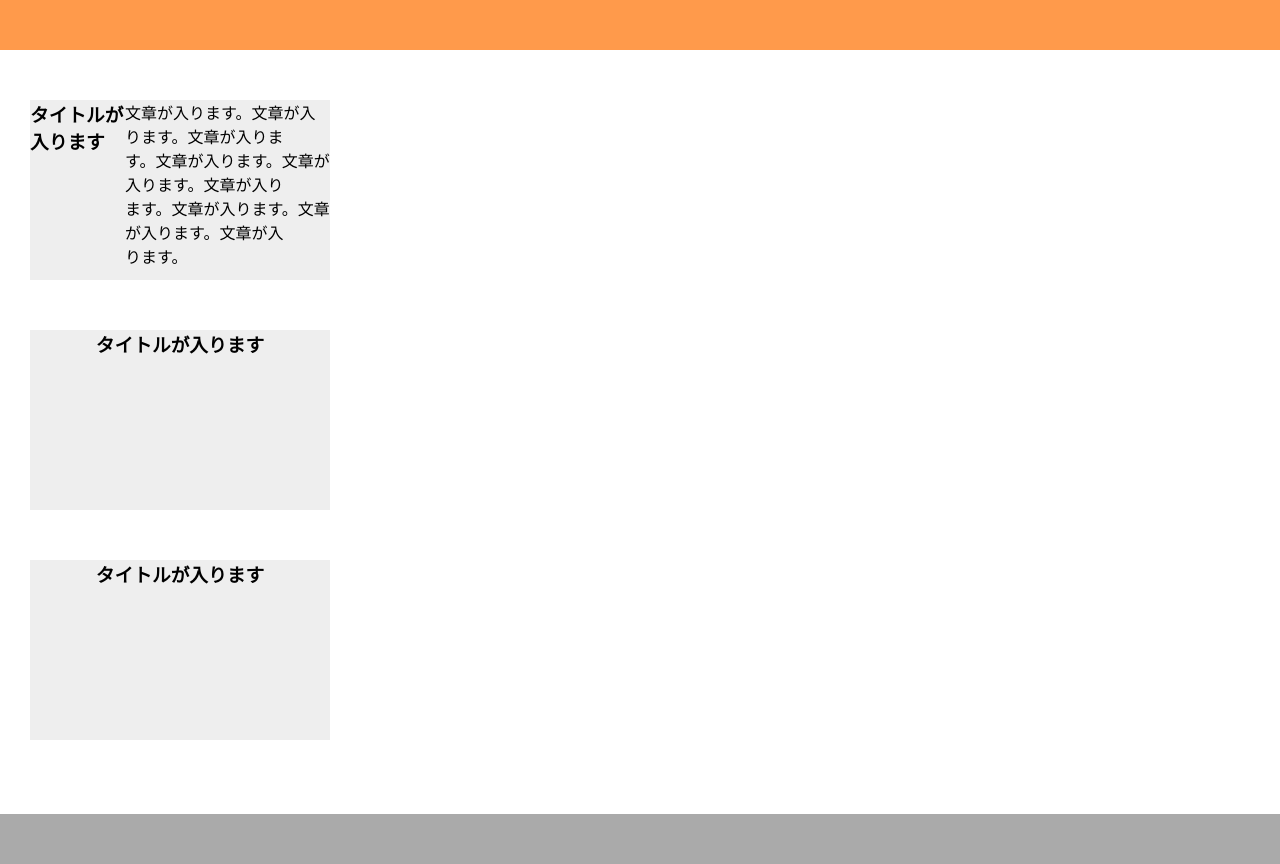
Repository: yesohnuki/shinya-ohnuki
Page: caravan/10.html
The author's editor kept a record of every edit. The page is drawn from the files as they stood at one moment, then again after the next edit.
The browser window is 1280 px wide. The pictures show the whole page.

Above is the page before.

### caravan/10.html
<!DOCTYPE html>
<html>
  <head>
    <meta charset="UTF-8" />
    <link rel="stylesheet" href="10.css" />
    <title>CARAVAN</title>
  </head>

  <body>
    <header>
      <div class="box1"></div>
    </header>

    <div class="main">
      <div class="blog">
       <h3 class="blog-text">タイトルが入ります</h3>
        <p class="main-name">
          文章が入ります。文章が入ります。文章が入りま<br />
          す。文章が入ります。文章が入ります。文章が入り<br />
          ます。文章が入ります。文章が入ります。文章が入<br />
          ります。<br />
        </p>
    </div>


       <h3 class="sidebar-left">タイトルが入ります</h3>

       <h3 class="sidebar-right">タイトルが入ります</h3>
      </section>
　　</main>

    <footer>
      <div class="box2"></div>
    </footer>
  <body>
</html>

### caravan/10.css
* {
  margin: 0;
  padding: 0;
  box-sizing: border-box;
}

.box1 {
  height: 50px;
  width: 100%;
  background-color: #FF9A4B;
}

.blog {
  height: 180px;
  width: 300px;
  background-color: #EEEEEE;
  display: flex; /* Flexboxの利用 */
  justify-content: center;
  margin-top: 50px;
  margin-bottom: 50px;
  margin-right: 30px; /* 領域の右側余白 */
  margin-left: 30px;
}

.sidebar-left {
  height: 180px;
  width: 300px;
  background-color: #EEEEEE;
  display: flex; /* Flexboxの利用 */
  justify-content: center;
  margin-top: 50px;
  margin-bottom: 50px;
  margin-right: 30px; /* 領域の右側余白 */
  margin-left: 30px;
}

.sidebar-right {
  height: 180px;
  width: 300px;
  background-color: #EEEEEE;
  display: flex; /* Flexboxの利用 */
  justify-content: center;
  margin-top: 50px;
  margin-bottom: 50px;
  margin-right: 30px; /* 領域の右側余白 */
  margin-left: 30px;
}

.box2 {
  height: 50px;
  width: 100%;
  background-color: #AAAAAA;
}

After the next edit:
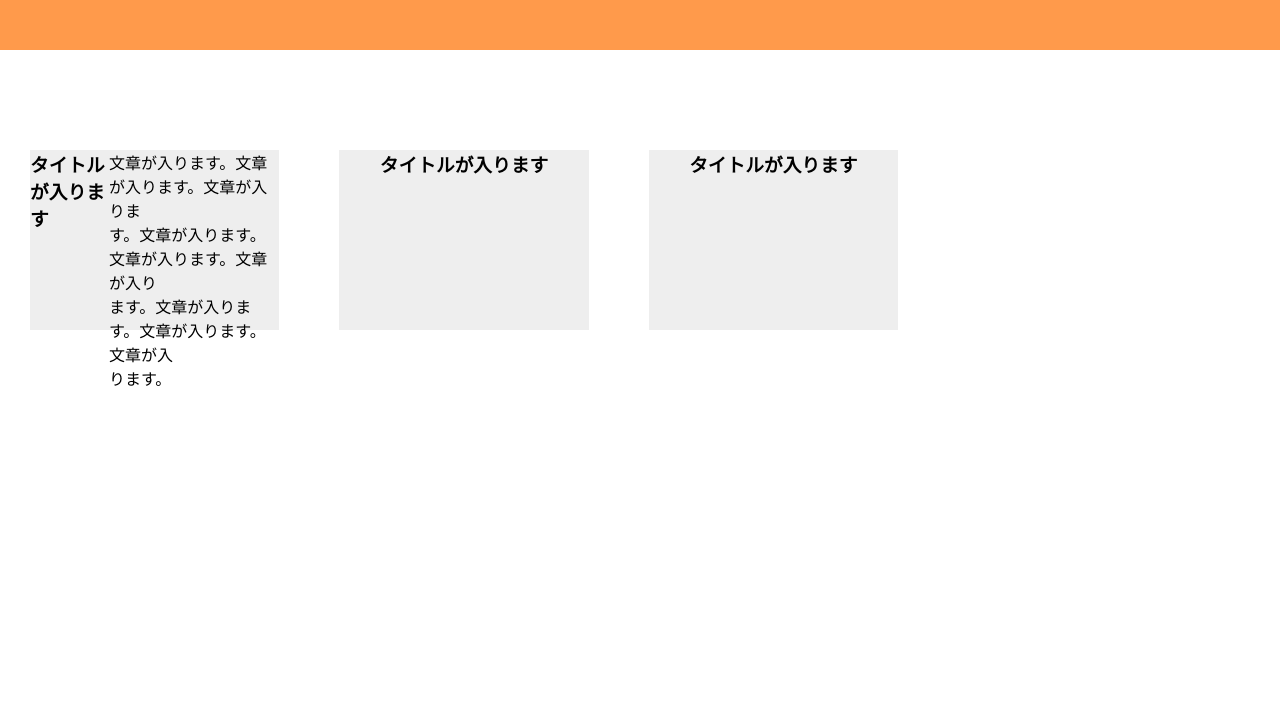
The edit:
--- a/caravan/10.css
+++ b/caravan/10.css
@@ -10,6 +10,14 @@
   background-color: #FF9A4B;
 }
 
+.main {
+  width: 960px;
+  display: flex; /* Flexboxの利用 */
+  justify-content: center;
+  margin-top: 50px;
+  margin-bottom: 50px;
+
+}
 .blog {
   height: 180px;
   width: 300px;
